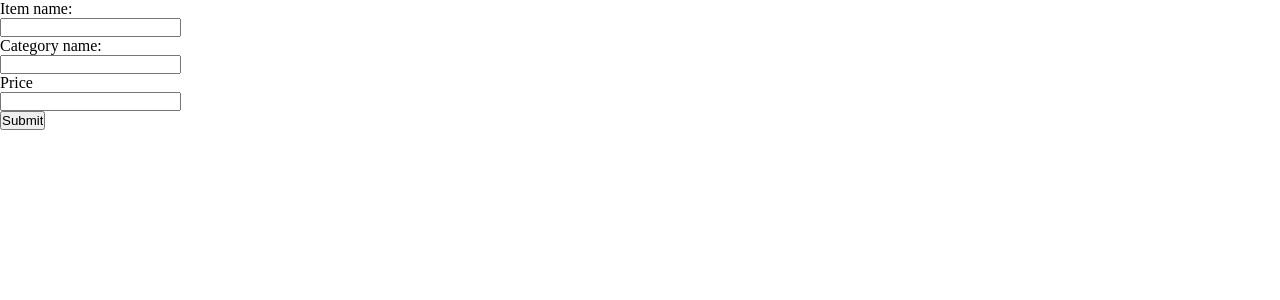
Repository: jatannoury/Ecommerce-Laravel-Electron
Page: Admin-electron/src/HTML/add_item.html
These files come from the project's save history. The page is drawn as it stood at one moment and after a run of saves; the edit follows.
The browser window is 1280 px wide. The pictures show the whole page.

Above is the page before, as saved 2022-06-10 22:12:12.

### Admin-electron/src/HTML/add_item.html
<!DOCTYPE html>
<html lang="en">

    <head>
        <meta charset="UTF-8">
        <link rel="stylesheet" href="CSS/styles.css">
        <title>Admin-Add_item</title>
    </head>

    <body>
        <form action="/action_page.php">
            <label for="item_name" id="item_name">Item name:</label><br>
            <input type="text" id="fname" name="fname" ><br>
            <label for="Category_name" id="Category_name">Category name:</label><br>
            <input type="text" id="fname" name="fname" ><br>
            <label for="price" id="price">Price</label><br>
            <input type="text" id="fname" name="fname" ><br>

            <input type="submit" value="Submit">

        </form>
    </body>
</html>

### Admin-electron/src/CSS/styles.css
*{
    padding: 0;
    margin: 0;
    box-sizing: border-box;
}
.box-1, .box-2{
    padding:5% 5% 5% 5%;
    margin-left:0% ;
    margin-top: 20%;
    border-radius: 20px;
}

.box-1{
    margin-left: 30%;
}

.box-2{
    margin-left: 5%;
}

 .box-2:hover, .box-1:hover{
    border-color: red;
}

/* .box-1:hover{
    border-color: red;
} */

After the next 2 saves:
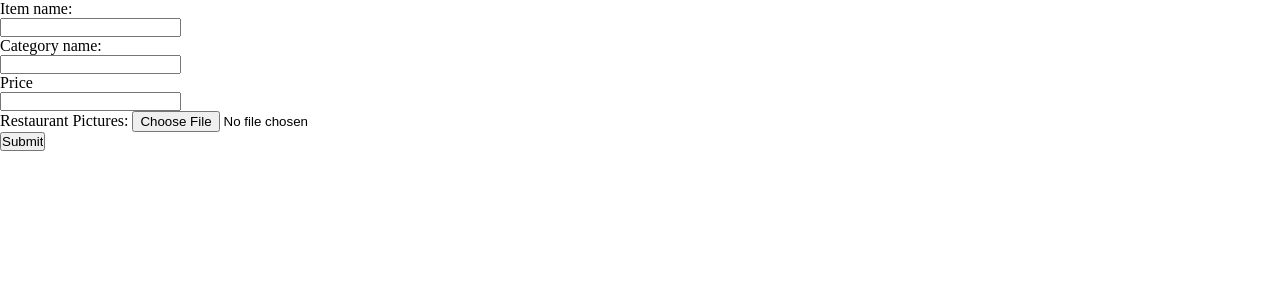
The 2 saves are shown as one change because they came seconds apart.
The last was saved 6 s later.
--- a/Admin-electron/src/HTML/add_item.html
+++ b/Admin-electron/src/HTML/add_item.html
@@ -15,7 +15,10 @@
             <input type="text" id="fname" name="fname" ><br>
             <label for="price" id="price">Price</label><br>
             <input type="text" id="fname" name="fname" ><br>
-
+            <div>
+            <label for="pictures">Restaurant Pictures:</label>
+            <input id="pictures" type="file" accept="image/*">
+            </div>
             <input type="submit" value="Submit">
 
         </form>
